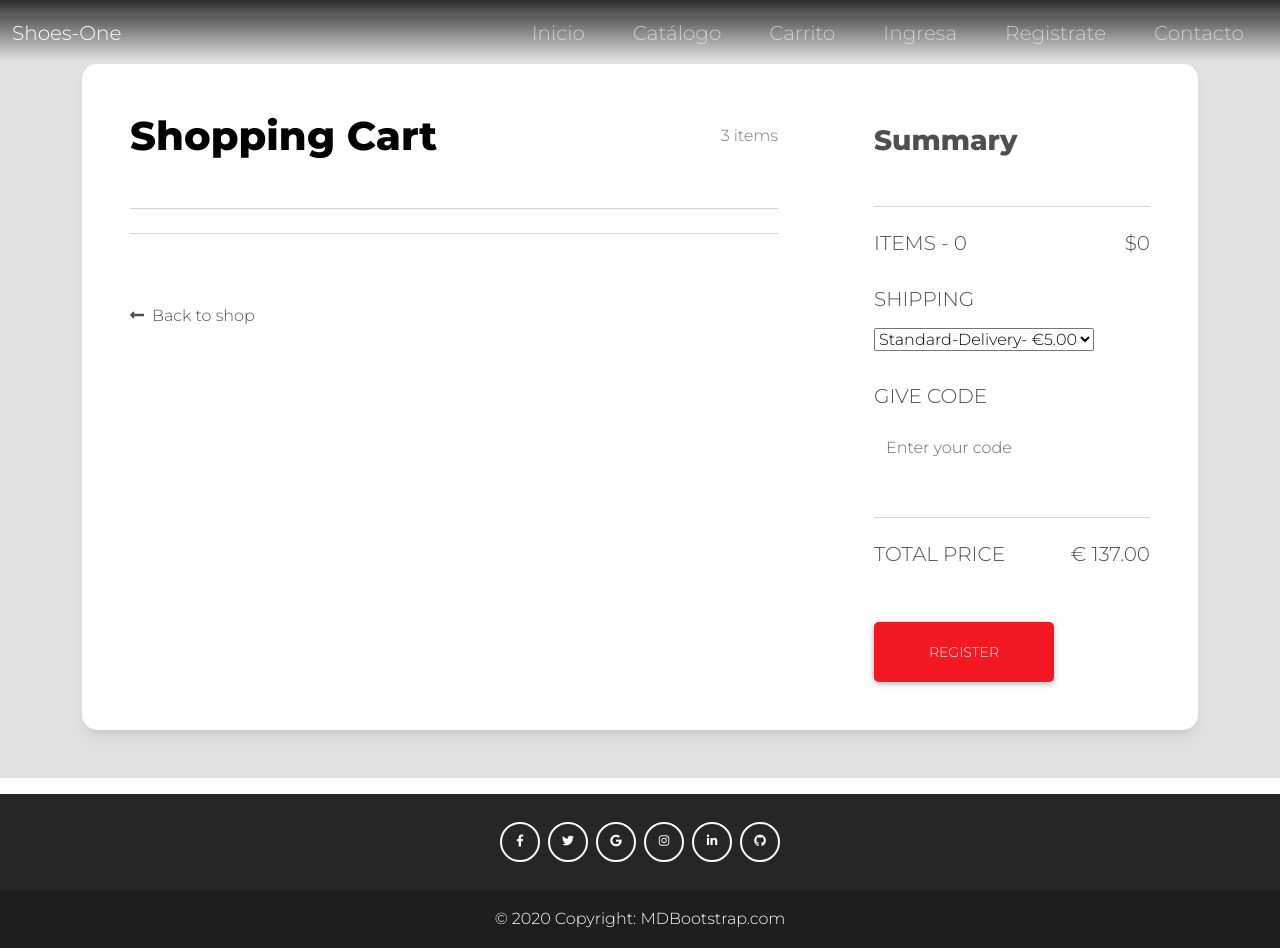
Repository: iCaaamz/Shoes-One-Final-Proyect-BIT
Page: /shoppinCard (app in shoes-one-a/)
An editor plug-in stored every save of this project. The page is shown before and after the next save, followed by the edit.
The browser window is 1280 px wide. The pictures show the whole page.
The project was rebuilt for these pictures with package versions that can differ from the ones it lists, and the page was loaded fresh each time. Also part of the build but not shown: shoes-one-a/angular.json, shoes-one-a/src/app/components/catalog/catalog1/catalog1.component.ts, shoes-one-a/src/app/components/catalog/catalog2/catalog2.component.ts, shoes-one-a/src/app/components/contact/contact.component.ts, shoes-one-a/src/app/components/home/home.component.ts, shoes-one-a/src/app/components/landing/landing.component.ts, shoes-one-a/src/app/components/login/login.component.ts, shoes-one-a/src/app/components/product-info/product-info.component.ts and 2 more.

Above is the page before, as saved 2022-03-15 21:32:35.

After the next save:
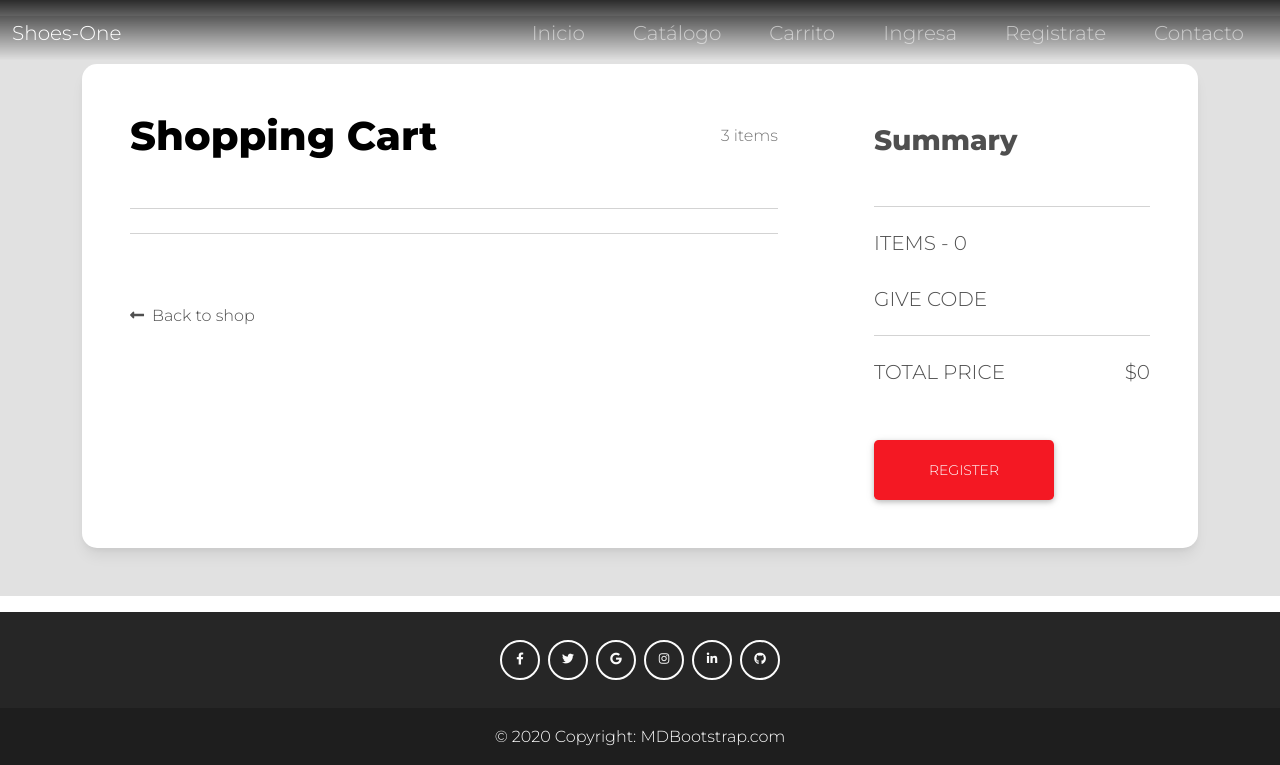
Saved 60 s later.
--- a/shoes-one-a/src/app/components/shoppin-card/shoppin-card.component.html
+++ b/shoes-one-a/src/app/components/shoppin-card/shoppin-card.component.html
@@ -87,40 +87,17 @@
 
                   <div class="d-flex justify-content-between mb-4">
                     <h5 class="text-uppercase"> Items - {{productService.selectedProduct.shoppingCart.length}}</h5>
-                    <h5>${{priceSum(productService.selectedProduct.shoppingCart)}}</h5>
-                  </div>
 
-                  <h5 class="text-uppercase mb-3">Shipping</h5>
-
-                  <div class="mb-4 pb-2">
-                    <select class="select">
-                      <option value="1">Standard-Delivery- €5.00</option>
-                      <option value="2">Two</option>
-                      <option value="3">Three</option>
-                      <option value="4">Four</option>
-                    </select>
                   </div>
 
                   <h5 class="text-uppercase mb-3">Give code</h5>
 
-                  <div class="mb-5">
-                    <div class="form-outline">
-                      <input
-                        type="text"
-                        id="form3Examplea2"
-                        class="form-control form-control-lg"
-                      />
-                      <label class="form-label" for="form3Examplea2"
-                        >Enter your code</label
-                      >
-                    </div>
-                  </div>
 
                   <hr class="my-4" />
 
                   <div class="d-flex justify-content-between mb-5">
                     <h5 class="text-uppercase">Total price</h5>
-                    <h5>€ 137.00</h5>
+                    <h5>${{priceSum(productService.selectedProduct.shoppingCart)}}</h5>
                   </div>
 
                   <button
